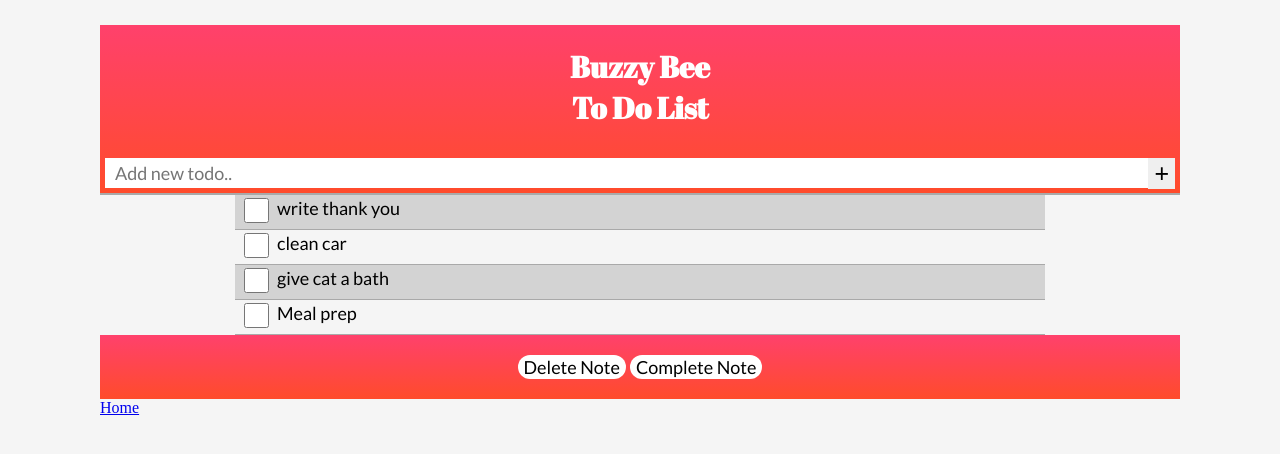
Repository: seleniadelgado/backend-spring2020-angie
Page: projects/todo/public_html/index.html
An editor plug-in stored every save of this project. The page is shown before and after the next save, followed by the edit.
The browser window is 1280 px wide. The pictures show the whole page.
The page's requests for data from a server got no answer.

Above is the page before, as saved 2020-05-13 17:30:33.

After the next save:
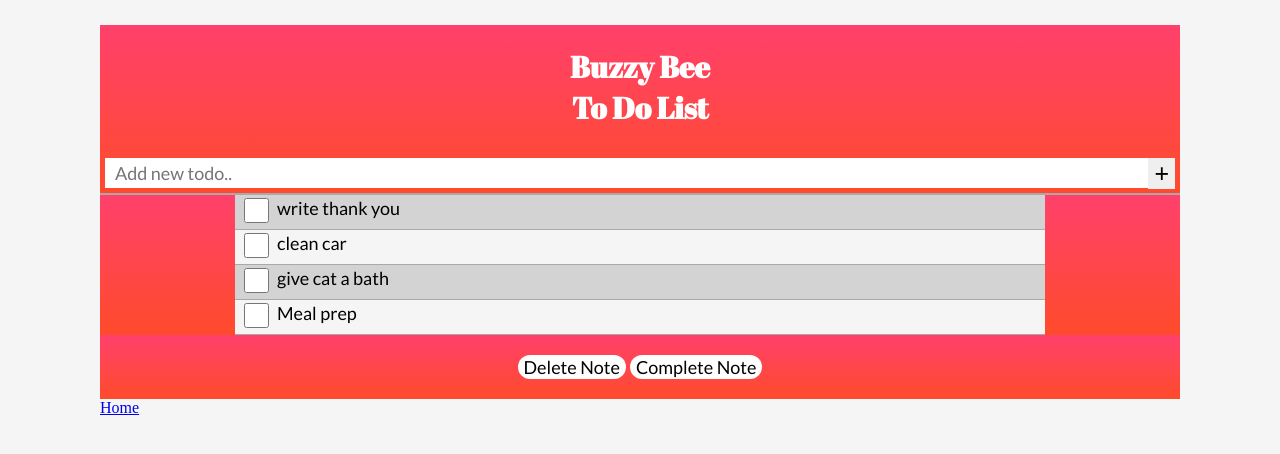
Saved 92 s later.
--- a/projects/todo/public_html/styles.css
+++ b/projects/todo/public_html/styles.css
@@ -65,7 +65,7 @@ body {
     display: flex;
     align-content: center;
     justify-content: center;
-    background-color: linear-gradient(#FF416C, #FF4B2B);
+    background: linear-gradient(#FF416C, #FF4B2B);
 }
 #myList li:nth-child(odd) {
     background: lightgray;
